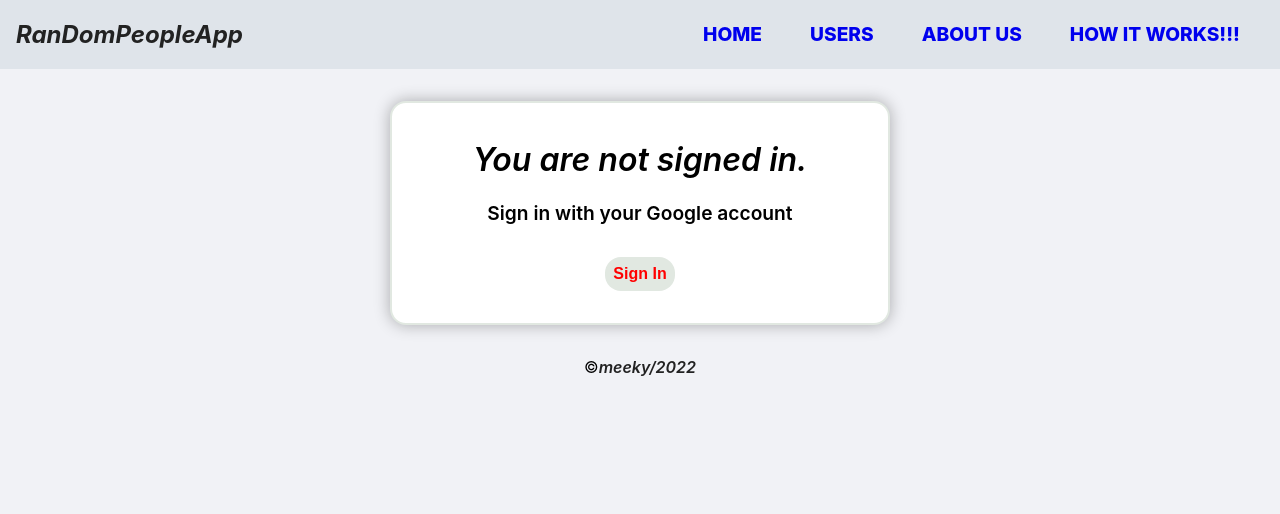
Repository: MikkyPrestige/RandomProfiles
Page: /profileDisplay
The author's editor kept a copy of each file at every save. The page is drawn from the files as they stood at one save, then again after the next save.
The browser window is 1280 px wide. The pictures show the whole page.
The page's requests for data from a server got no answer. The project was rebuilt for these pictures with package versions that can differ from the ones it lists, and the page was loaded fresh each time. Some packages were replaced by stand-ins written for this rebuild. No one was signed in, and anything a server would have sent is missing. Also part of the build but not shown: src/assets/styles/home.css, src/components/home.jsx, src/components/users.jsx, src/assets/styles/search.css, src/components/search.jsx, src/assets/styles/help.css, src/components/help.jsx, src/assets/styles/about.css and 5 more.

Above is the page before, as saved 2022-12-02 02:48:51.

After the next save:
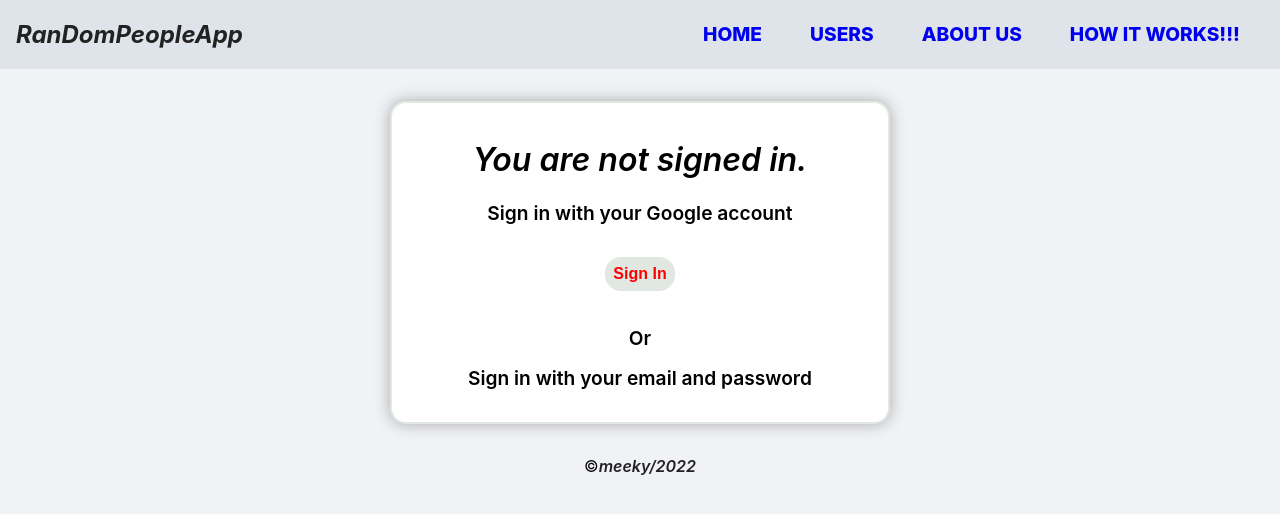
Saved 72 s later.
--- a/src/components/profileDisplay.jsx
+++ b/src/components/profileDisplay.jsx
@@ -116,7 +116,8 @@ const ProfileDisplay = () => {
             <button onClick={signIn} className="btn">
               Sign In
             </button>
-
+            <p className="sign__heading">Or</p>
+            <h2 className="sign__heading">Sign in with your email and password</h2>
           </div>
         </div>
       )}
